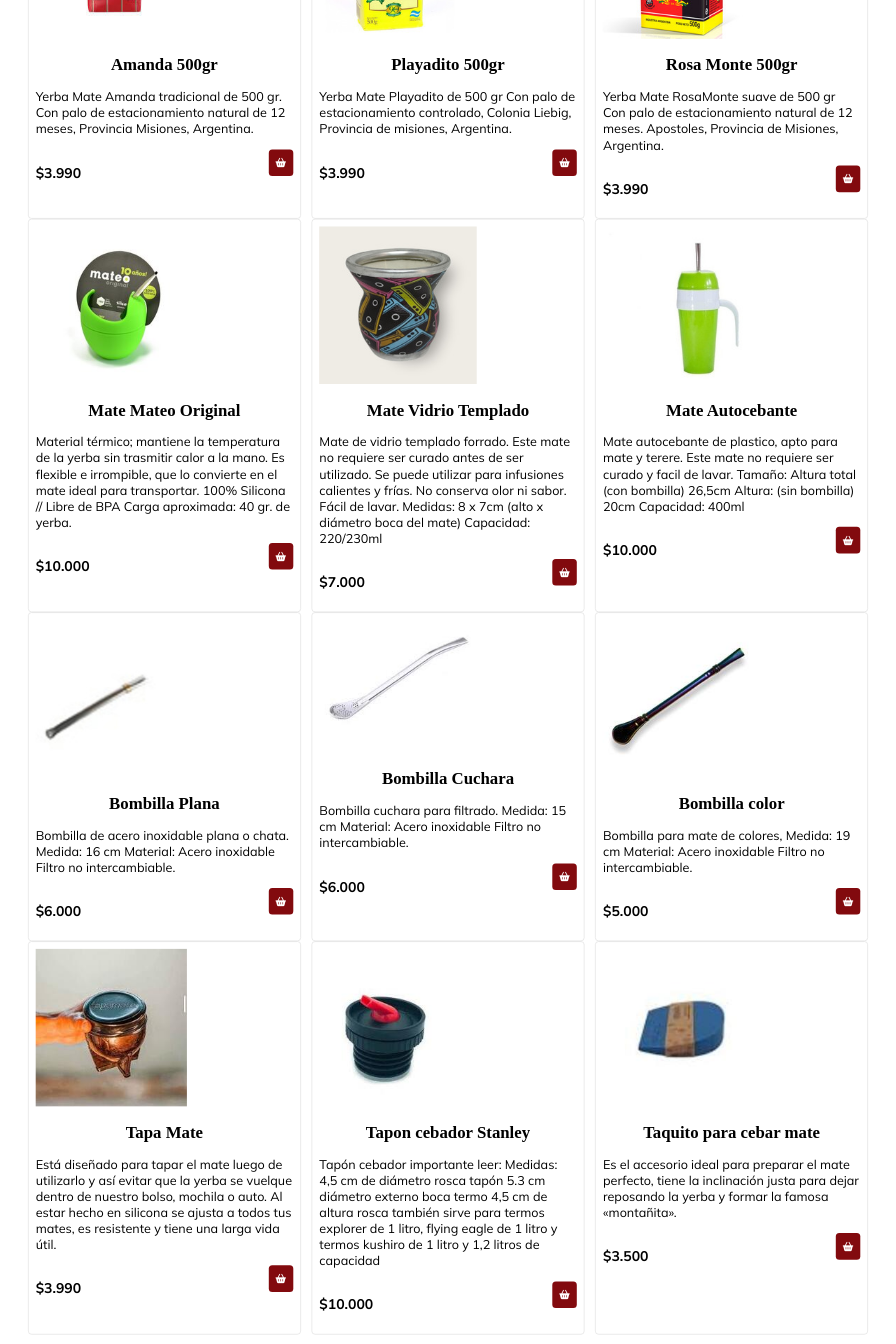
Repository: PiaTrujillo/LICANDEO-main
Page: index.html
An editor plug-in stored every save of this project. The page is shown before and after the next save, followed by the edit.
The browser window is 1280 px wide. The pictures show the part of the page from y = 1891 to 3811 px (the page is 3811 px tall before and 3788 px after), at 70% of full size.
A picture or video elsewhere on the page could not be fetched, so the positions and the page height are approximate. Some web fonts or font styles are not loaded; a fallback is used. Some web libraries are served in a nearby version.

Above is the page before, as saved 2023-05-12 18:39:07.

After the next save:
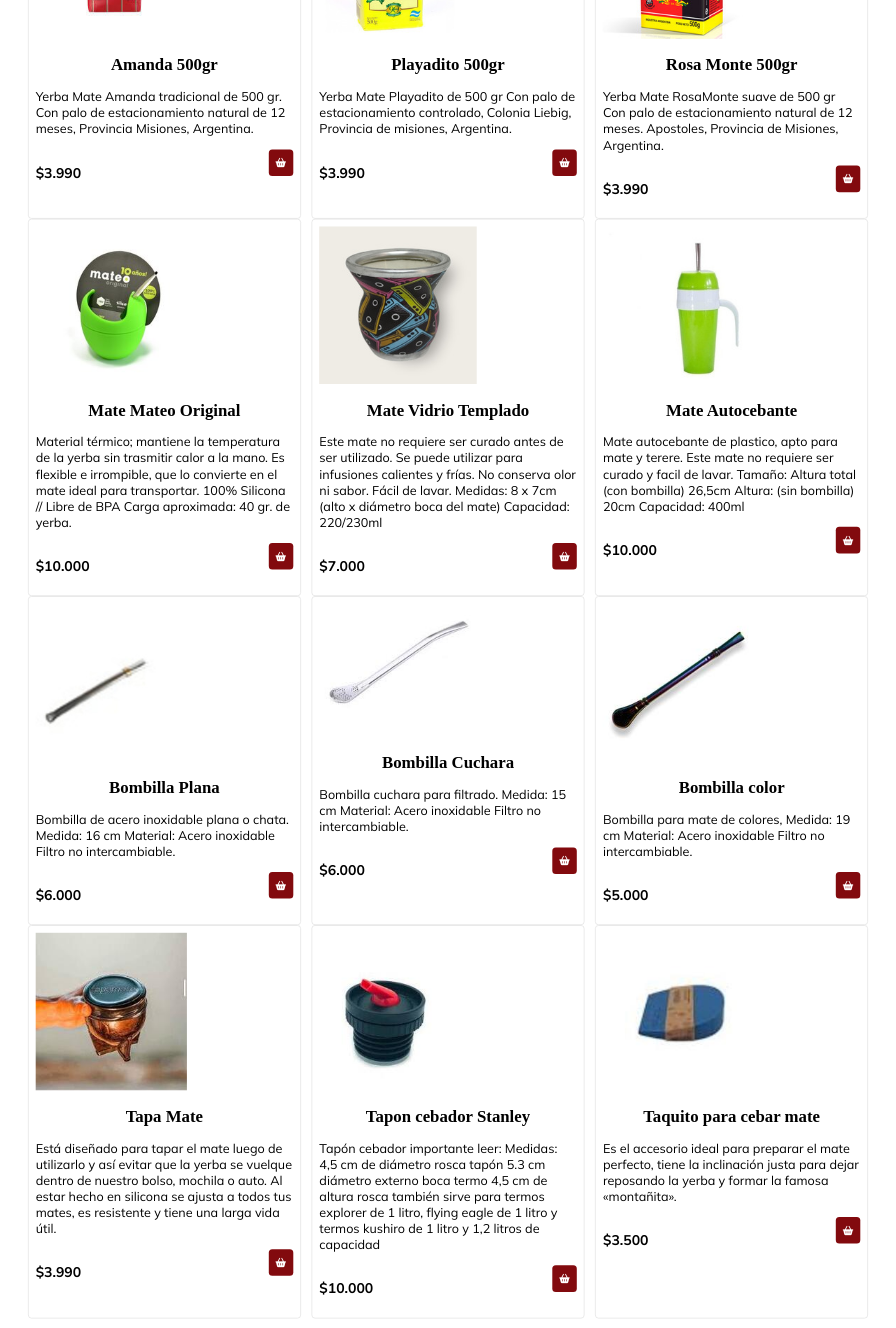
Saved 30 s later.
--- a/index.html
+++ b/index.html
@@ -189,10 +189,10 @@
           <h2>Mate Vidrio Templado</h2>
           <!-- reseña de producto -->
           <p>
-            Mate de vidrio templado forrado. Este mate no requiere ser curado
-            antes de ser utilizado. Se puede utilizar para infusiones calientes
-            y frías. No conserva olor ni sabor. Fácil de lavar. Medidas: 8 x 7cm
-            (alto x diámetro boca del mate) Capacidad: 220/230ml
+            Este mate no requiere ser curado antes de ser utilizado. Se puede
+            utilizar para infusiones calientes y frías. No conserva olor ni
+            sabor. Fácil de lavar. Medidas: 8 x 7cm (alto x diámetro boca del
+            mate) Capacidad: 220/230ml
           </p>
           <!-- precio y carrito -->
           <div class="precio">
